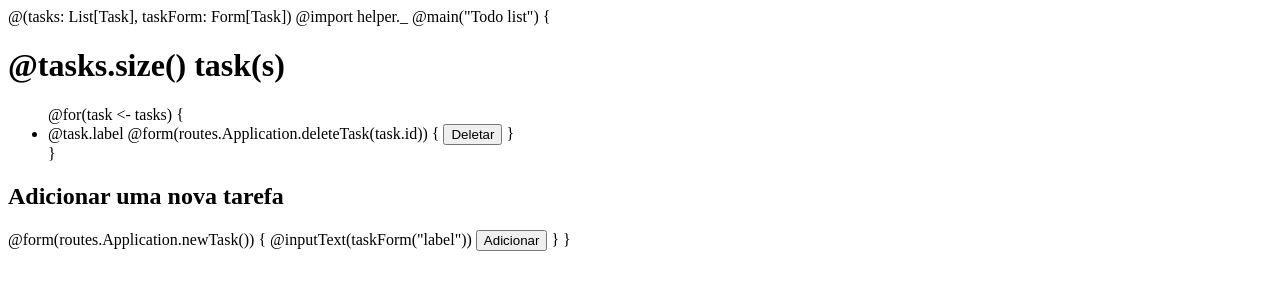
Repository: analuizamtg/si1
Page: lab2/todolist/.target/views/index.scala.html
An editor plug-in stored every save of this project. The page is shown before and after the next save, followed by the edit.
The browser window is 1280 px wide. The pictures show the whole page.

Above is the page before, as saved 2013-11-25 16:17:22.

### lab2/todolist/.target/views/index.scala.html
@(tasks: List[Task], taskForm: Form[Task])

@import helper._

@main("Todo list") {

    <h1>@tasks.size() task(s)</h1>

    <ul>
        @for(task <- tasks) {
            <li>
                @task.label

                @form(routes.Application.deleteTask(task.id)) {
                    <input type="submit" value="Deletar">
                }
            </li>
        }
    </ul>

    <h2>Adicionar uma nova tarefa</h2>

    @form(routes.Application.newTask()) {

        @inputText(taskForm("label"))

        <input type="submit" value="Adicionar">

    }

}

After the next save:
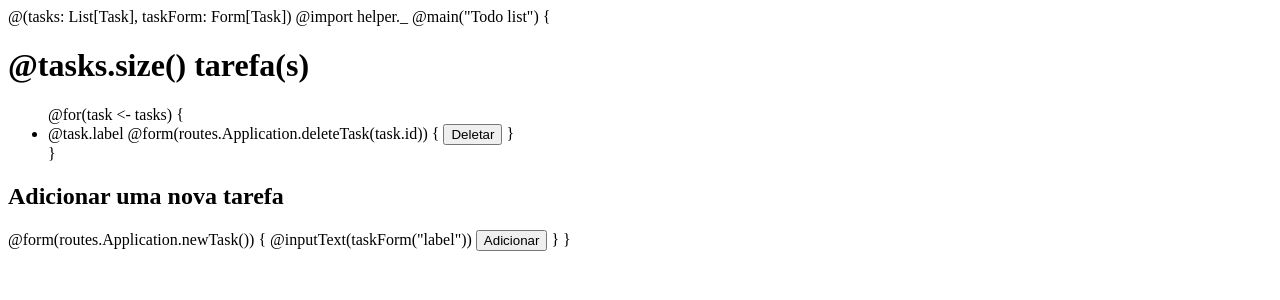
Saved 16 min 49 s later.
--- a/lab2/todolist/.target/views/index.scala.html
+++ b/lab2/todolist/.target/views/index.scala.html
@@ -4,7 +4,7 @@
 
 @main("Todo list") {
 
-    <h1>@tasks.size() task(s)</h1>
+    <h1>@tasks.size() tarefa(s)</h1>
 
     <ul>
         @for(task <- tasks) {
